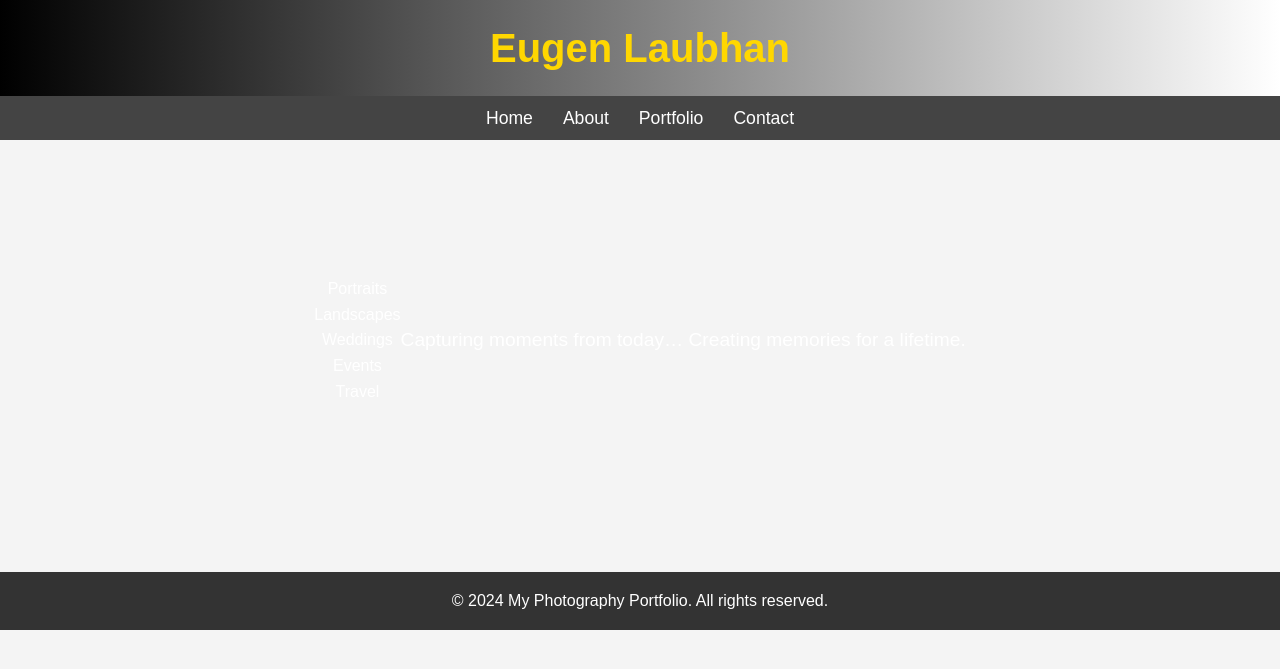
Repository: eugenLau/eugenlau.github.io.LEGACY
Page: /
The author's editor kept a copy of each file at every save. The page is drawn from the files as they stood at one save, then again after the next save.
The browser window is 1280 px wide. The pictures show the whole page.
The project was rebuilt for these pictures with package versions that can differ from the ones it lists, and the page was loaded fresh each time. Also part of the build but not shown: src/components/About.js, src/components/Portfolio.js, src/components/Contact.js.

Above is the page before, as saved 2024-06-14 19:54:18.

### src/index.js
// src/index.js
import React from 'react';
import ReactDOM from 'react-dom';
import './styles/index.css';
import App from './App';

ReactDOM.render(<App />, document.getElementById('root'));

### src/index.css
/* src/index.css */

/* Reset some default browser styles */
* {
  margin: 0;
  padding: 0;
  box-sizing: border-box;
}

body {
  font-family: 'Arial', sans-serif;
  line-height: 1.6;
  background-color: #f4f4f4;
  color: #333;
  margin: 0;
  padding: 0;
}

a {
  text-decoration: none;
  color: #333;
}

ul {
  list-style: none;
}

/* Global layout styling */
.container {
  width: 80%;
  margin: 0 auto;
  padding: 20px;
}

/* Header */
header {
  background-color: #333;
  color: #fff;
  padding: 1rem;
  text-align: center;
  background: url('../public/imageHero00.jpg') no-repeat center center/cover;

}

header h1 {
  color: black;
  margin: 0;
  font-size: 2.5rem;
}

/* Navigation */
nav {
  background: #444;
  color: #fff;
  text-align: center;
  padding: 0.5rem 0;
}

nav ul {
  display: flex;
  justify-content: center;
  padding: 0;
}

nav ul li {
  margin: 0 15px;
}

nav ul li a {
  color: #fff;
  font-size: 1.1rem;
}

nav ul li a:hover {
  color: #ddd;
}

/* Hero Section */
.hero {
  height: 400px;
  display: flex;
  justify-content: center;
  align-items: center;
  color: #fff;
  text-align: center;
}

.hero h2 {
  font-size: 3rem;
  margin-bottom: 1rem;
}

.hero p {
  font-size: 1.2rem;
}

/* About Section */
.about {
  padding: 2rem 0;
  text-align: center;
}

.about h2 {
  margin-bottom: 1rem;
  font-size: 2rem;
}

.about p {
  font-size: 1.1rem;
  margin: 0 auto;
  width: 70%;
}

/* Portfolio Section */
.portfolio {
  padding: 2rem 0;
  text-align: center;
}

.portfolio h2 {
  margin-bottom: 1rem;
  font-size: 2rem;
}

.gallery {
  display: flex;
  flex-wrap: wrap;
  justify-content: space-around;
}

.gallery-item {
  margin: 10px;
}

.gallery-item img {
  max-width: 100%;
  height: auto;
  border: 3px solid #ddd;
  transition: transform 0.3s ease;
}

.gallery-item img:hover {
  transform: scale(1.05);
}

/* Contact Section */
.contact {
  padding: 2rem 0;
  text-align: center;
}

.contact h2 {
  margin-bottom: 1rem;
  font-size: 2rem;
}

.contact form {
  display: flex;
  flex-direction: column;
  align-items: center;
}

.contact form label {
  margin: 0.5rem 0;
  width: 80%;
}

.contact form input,
.contact form textarea {
  width: 100%;
  padding: 10px;
  border: 1px solid #ccc;
  border-radius: 5px;
  font-size: 1rem;
}

.contact form button {
  margin-top: 1rem;
  padding: 10px 20px;
  border: none;
  background-color: #333;
  color: #fff;
  font-size: 1.1rem;
  cursor: pointer;
  border-radius: 5px;
}

.contact form button:hover {
  background-color: #555;
}

/* Footer */
footer {
  background: #333;
  color: #fff;
  text-align: center;
  padding: 1rem 0;
  margin-top: 2rem;
}

footer p {
  margin: 0;
}

### src/App.js
// src/App.js
import React from 'react';
import { BrowserRouter as Router, Route, Routes } from 'react-router-dom';
import Header from './components/Header';
import Navigation from './components/Navigation';
import Home from './components/Home';
import About from './components/About';
import Portfolio from './components/Portfolio';
import Contact from './components/Contact';
import Footer from './components/Footer';
import './styles/Header.css';
import './styles/Navigation.css';
import './styles/Home.css';
import './styles/About.css';
import './styles/Portfolio.css';
import './styles/Contact.css';
import './styles/Footer.css';

const App = () => (
  <Router>
    <div>
      <Header />
      <Navigation />
      <Routes>
        <Route path="/" exact component={Home} />
        <Route path="/about" component={About} />
        <Route path="/portfolio" component={Portfolio} />
        <Route path="/contact" component={Contact} />
      </Routes>
      <Home/>
      <Footer />
    </div>
  </Router>
);

export default App;

### src/components/Header.js
// src/components/Header.js
import React from 'react';
import '../styles/Header.css';

const Header = () => (
  <header class='c-header'>
    <h1>Eugen Laubhan</h1>
  </header>
);

export default Header;

### src/components/Navigation.js
// src/components/Navigation.js
import React from 'react';
import { Link } from 'react-router-dom';
import '../styles/Navigation.css';

const Navigation = () => (
  <nav>
    <ul>
      <li><Link to="/">Home</Link></li>
      <li><Link to="/about">About</Link></li>
      <li><Link to="/portfolio">Portfolio</Link></li>
      <li><Link to="/contact">Contact</Link></li>
    </ul>
  </nav>
);

export default Navigation;

### src/components/Home.js
// src/components/Home.js
import React from 'react';
import '../styles/Home.css';

const Home = () => (
  <main>
    <section className="hero">
    <div className="tags">
        <div className="tag">Portraits</div>
        <div className="tag">Landscapes</div>
        <div className="tag">Weddings</div>
        <div className="tag">Events</div>
        <div className="tag">Travel</div>
      </div>
      <p>Capturing moments from today… Creating memories for a lifetime.</p>
    </section>
  </main>
);

export default Home;

### src/components/Footer.js
// src/components/Footer.js
import React from 'react';
import '../styles/Footer.css';

const Footer = () => (
  <footer>
    <p>&copy; {new Date().getFullYear()} My Photography Portfolio. All rights reserved.</p>
  </footer>
);

export default Footer;

### src/styles/Header.css
/* src/styles/Header.css */
/*header {
    background-color: #333;
    color: #fff;
    padding: 1rem;
    text-align: center;
  }

  header h1 {
    margin: 0;
  }*/

  .c-header {
    background: linear-gradient(to right, black, white);  /* Gradient background from black to white */
    padding: 1rem;  /* Padding around the content */
    text-align: center;  /* Center the text */
    box-shadow: 0 2px 4px rgba(0, 0, 0, 0.1);  /* Subtle shadow */
  }

  .c-header h1 {
    margin: 0;
    font-size: 2.5rem;  /* Font size for the header text */
    color: #ffd700;  /* Golden text color */
  }

Loaded but not shown: public/index.html (common file); src/styles/About.css (no stored copy; drawn as an empty file); src/styles/Contact.css (no stored copy; drawn as an empty file); src/styles/Footer.css (no stored copy; drawn as an empty file); src/styles/Home.css (no stored copy; drawn as an empty file); src/styles/Navigation.css (no stored copy; drawn as an empty file); src/styles/Portfolio.css (no stored copy; drawn as an empty file)

After the next save:
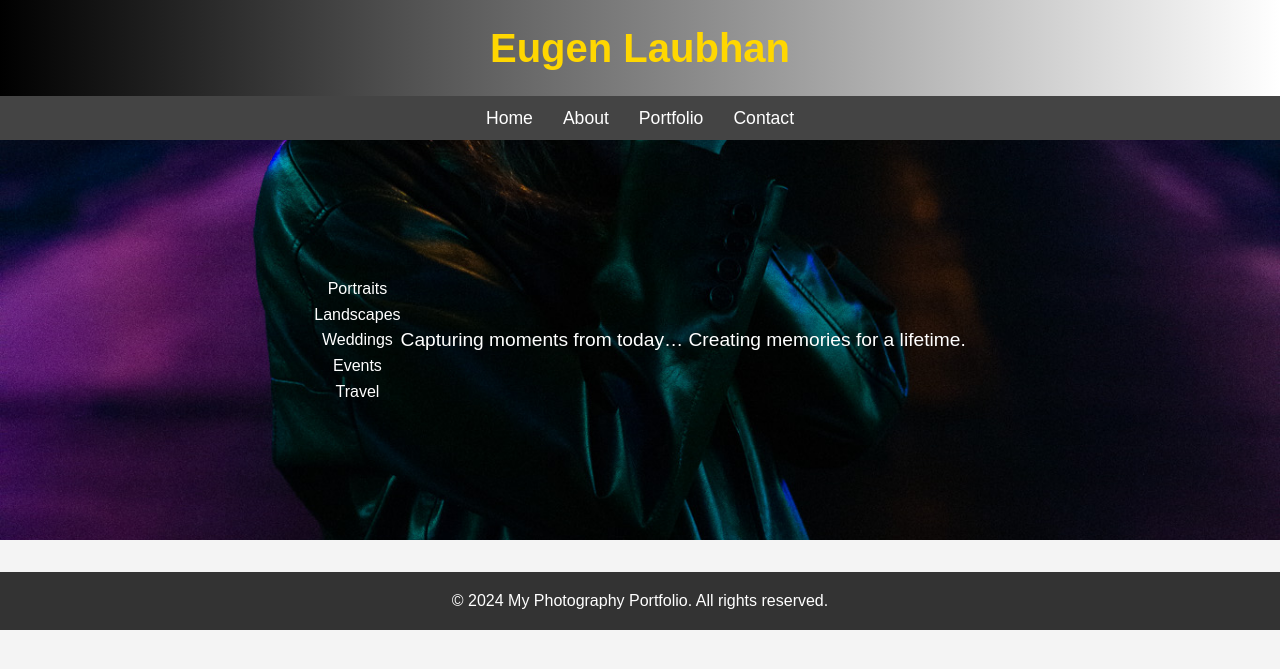
Saved 6 min 25 s later.
--- a/src/index.css
+++ b/src/index.css
@@ -83,6 +83,8 @@ nav ul li a:hover {
   align-items: center;
   color: #fff;
   text-align: center;
+  background: url('../public/images/DSC01069.jpg') no-repeat center center/cover;
+
 }
 
 .hero h2 {
